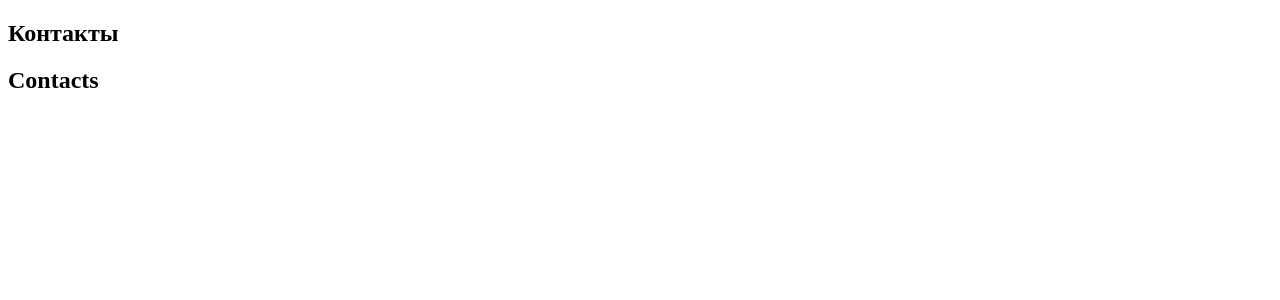
Repository: Azimich/Cleaning_
Page: src/pages/MainPage/contacts/contacts.html
The author's editor kept a copy of each file at every save. The page is drawn from the files as they stood at one save, then again after the next save.
The browser window is 1280 px wide. The pictures show the whole page.

Above is the page before, as saved 2022-10-11 20:41:37.

After the next save:
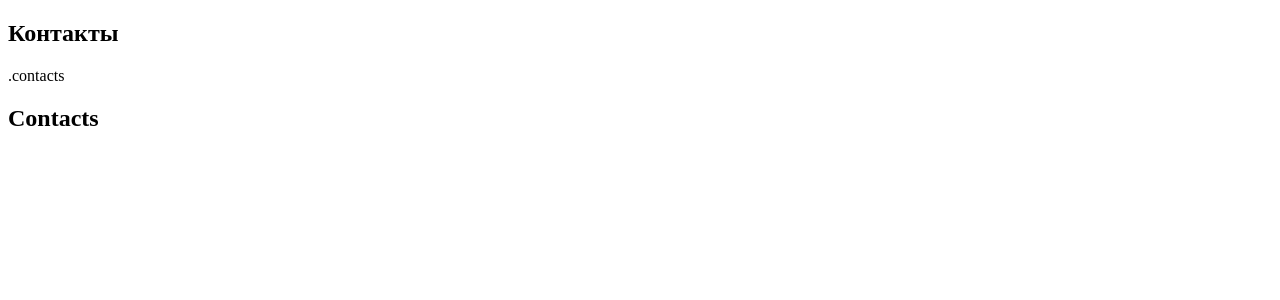
Saved 2 s later.
--- a/src/pages/MainPage/contacts/contacts.html
+++ b/src/pages/MainPage/contacts/contacts.html
@@ -8,7 +8,7 @@
         <span class="right__line"></span>
       </div>
       <div class="contacts__items">
-
+        .contacts
       </div>
     </div>
   </div>
